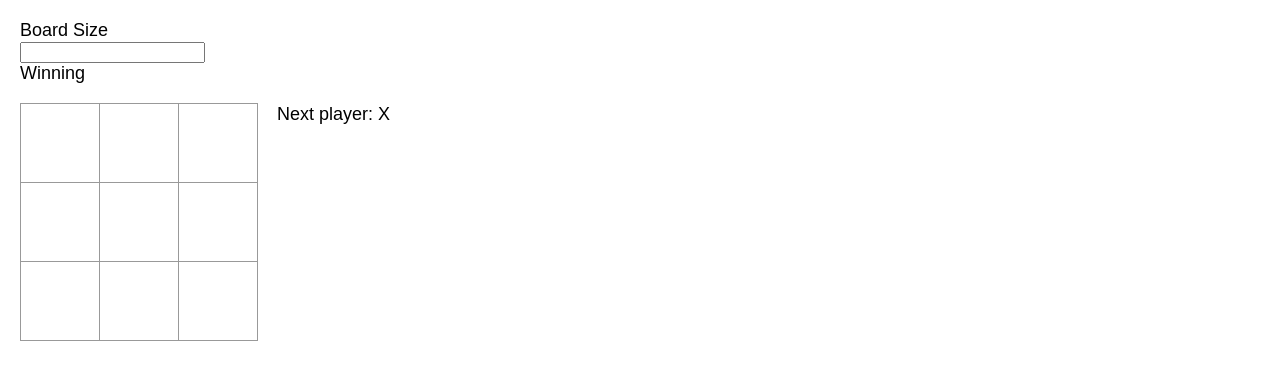
Repository: yshong211/tic-tac-toe-0708
Page: /
These files come from the project's save history. The page is drawn as it stood at one moment and after the next save; the edit follows.
The browser window is 1280 px wide. The pictures show the whole page.
The project was rebuilt for these pictures with package versions that can differ from the ones it lists, and the page was loaded fresh each time.

Above is the page before, as saved 2020-07-07 16:39:31.

### src/index.js
import React from 'react';
import ReactDOM from 'react-dom';
import './index.css';
import GetDim from './getDim';

  // ========================================

  // renders the game component to element

  ReactDOM.render(
    <GetDim />, // goes inside of the the second parameter;
    document.getElementById('root') // returns <div id = "root"></div>
  );

### src/index.css
body {
    font: 18px "Century Gothic", Futura, sans-serif; /* size, font */
    margin: 20px; /* space outside of border */
  }

  form {
    margin-bottom: 20px;

  }

  ol, ul {
    padding-left: 30px; /* space b/t left border to content */
  }

  .board-row:after {
    clear: both;
    content: "";
    display: table;
  }

  .status {
    margin-bottom: 10px;
  }

  .square {
    background: rgb(255, 255, 255);
    border: 1px solid #999;
    float: left;
    font-size: 60px;
    font-weight: bold;
    line-height: 80px;
    height: 80px;
    margin-right: -1px;
    margin-top: -1px;
    padding: 0;
    text-align: center; /* text in the middle */
    width: 80px;
  }

  .square:focus {
    outline: none;
  }

  .kbd-navigation .square:focus {
    background: #ddd;
  }

  .game {
    display: flex;
    flex-direction: row;


  }

  .game-info {
    margin-left: 20px;
  }

### src/getDim.js
import React from 'react';
import Game from './game';


export default class GetDim extends React.Component {
    constructor(props) {
      super(props);
      this.state = {rows: 3};
      this.handleChange = this.handleChange.bind(this);

    }
    handleChange(event) {
      this.setState({rows: event.target.value});
    }


    render() {

      return (
      <div className = 'submission'>
        <form>
          <label>
            Board Size<br></br>
            <input type="int" value={this.state.value} onChange={this.handleChange} /><br></br>
            Winning

          </label>
        </form>
        <Game
            rows = {parseInt(this.state.rows)}
        />
      </div>
      );
    }
  }

### src/game.js
import React from 'react';
import Board from './board';


export default class Game extends React.Component {
    constructor(props) {
      super(props);
      this.state = {
        board: [], //history:{square: Arr}
        history: [], // track the last index
        stepNumber: 0, // count var
        xIsNext: true // Random for which player goes first (50% each)
      };
    }

    hor(squares, row_length){
      let index = 0;
      let count = 0;
      let x = 0;
      let o = 0;
      for(let i = 0; i < row_length; i++){
        for(let j = 0; j < row_length; j++){
          if(squares[index]==='X'){
            x++;
          }
          if(squares[index]==='O'){
            o++
          }
          count++;
          index++;
        }
        if(o === count){
          return 'O';
        }
        if(x === count){
          return 'X'
        }
        count = 0;
        x = 0;
        o = 0;
      }
    }

    vert(squares, row_length){
      let count = 0;
      let x = 0;
      let o = 0;
      for(let i = 0; i < row_length; i++){
        for(let j = i; j < row_length**2; j+=row_length){
          if(squares[j]==='X'){
            x++;
          }
          if(squares[j]==='O'){
            o++
          }
          count++;
        }

        if(o === count){
          return 'O';
        }
        if(x === count){
          return 'X';
        }
        count = 0;
        x = 0;
        o = 0;
      }
    }

    cross(squares, row_length){
      let count = 0;
      let x = 0;
      let o = 0;

      for(let i = 0; i < row_length**2; i+=(row_length+1)){
        if(squares[i]==='X'){
          x++;
        }
        if(squares[i]==='O'){
          o++;
        }
        count++;
      }
      if(o === count){
        return 'O';
      }
      if(x === count){
        return 'X';
      }
      count = 0;
      x = 0;
      o = 0;

      for(let j = row_length-1; j < (row_length**2)-1; j+=(row_length-1)){
        if(squares[j]==='X'){
          x++;
        }
        if(squares[j]==='O'){
          o++
        }
        count++;
      }
      if(o === count){
        return 'O';
      }
      if(x === count){
        return 'X';
      }
      count = 0;
      x = 0;
      o = 0;
    }

    calculateWinner(squares, rows){
      if(this.hor(squares, rows) === 'O' || this.hor(squares, rows) === 'X'){
        return this.hor(squares, rows);
      }

      else if(this.vert(squares, rows) === 'O' || this.vert(squares, rows) === 'X'){
        return this.vert(squares, rows);
      }

      else if(this.cross(squares, rows) === 'O' || this.cross(squares, rows) === 'X'){
        return this.cross(squares, rows);
      }
      return null;
    }
    handleClick(i) {
      const hist = this.state.history;
      const squares = this.state.board;
      const rows = this.props.rows;
      if (this.calculateWinner(squares, rows) || squares[i]) { // ends the game
        return;
      }
      squares[i] = this.state.xIsNext ? 'X' : 'O';
      hist.push(i);
      this.setState({
        board: squares,
        history: hist,
        stepNumber: this.state.history.length,
        xIsNext: !this.state.xIsNext // changes turn
      });
    }

    jumpTo(history, board, step) {
      for (let i = history.length-1; i >= step; i--){
        board[history.pop()] = null;
      }
      this.setState({
        stepNumber: step,
        xIsNext: (step % 2) === 0
      });
    }
    render() {
      const board = this.state.board;
      const history = this.state.history;
      const rows = this.props.rows;
      const winner = this.calculateWinner(board, rows);
      const moves = history.map((step, move) => {
        const desc = move ?
          'Go to move #' + move :
          'Refresh';

        return (
          <li key={move}>
            <button onClick={() => this.jumpTo(history, board, move)}>{desc}</button>
          </li>
        );

      });

      let status;
      winner ? status = 'Winner: ' + winner :
      status = 'Next player: ' + (this.state.xIsNext ? 'X' : 'O');
      return (
        <div className="game">
          <div className="game-board">
            <Board // exports the values of attr to Board component
              rows = {this.props.rows}
              squares={board}
              onClick={i => this.handleClick(i)}
            />
          </div>
          <div className="game-info">
            <div>{status}</div>
            <ol>{moves}</ol>
          </div>
        </div>
      );
    }
  }

### src/board.js
import React from 'react';
import Square from './square.js';


export default class Board extends React.Component {
    renderSquare(i) {
      // value and onclick value transfers to component Square
      return(
        <Square
          value={this.props.squares[i]} // got val from {current.squares}
          onClick={() => this.props.onClick(i)} // got val from {i => this.handleClick(i)}
        />
      );
    }
    create_rq(start,end) {
      let rows = []
      for(let i = start; i < end; i++){
        rows.push(this.renderSquare(i));
      }
      return rows;
    }
    create_row(start) { // creates row length of 3, var start is the starting index
      let board_r = [];
      for(let i = 0; i < start; i++){
        let new_r = i * start;
        let new_end = parseInt(new_r)+parseInt(start);
        board_r.push(
        <div className="board-row">
          {this.create_rq(new_r,new_end)}
        </div>);
      }
      return board_r

    }
    render() { // renders 9 squares
      return (
        <div>
          {this.create_row(this.props.rows)}
        </div>
      );
    }
  }

### src/square.js
import React from 'react';

export default function Square(props) {
    // gets value and onClick from renderSquare
    return (
      <button className = "square" onClick = {props.onClick}>
        {props.value}
      </button>
      );
  }

Loaded but not shown: public/index.html (common file)

After the next save:
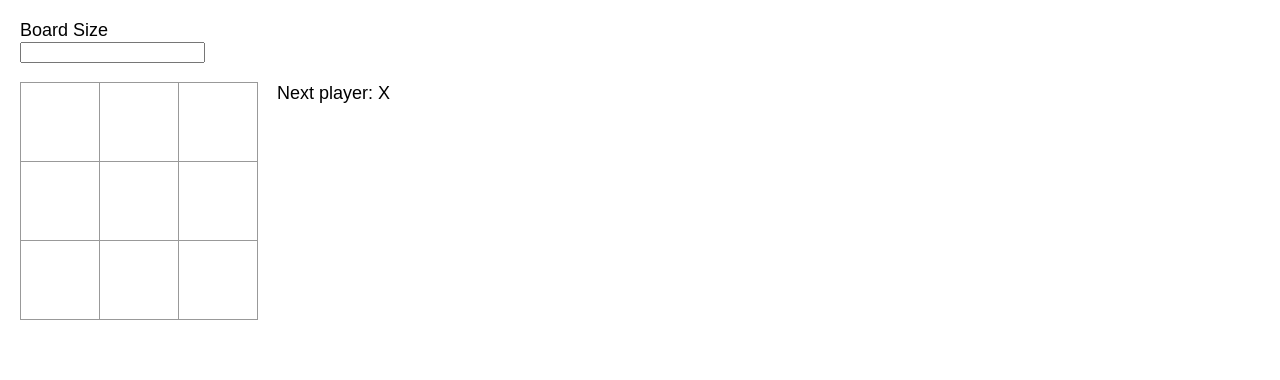
Saved 34 s later.
--- a/src/getDim.js
+++ b/src/getDim.js
@@ -22,7 +22,7 @@ export default class GetDim extends React.Component {
           <label>
             Board Size<br></br>
             <input type="int" value={this.state.value} onChange={this.handleChange} /><br></br>
-            Winning
+
 
           </label>
         </form>
